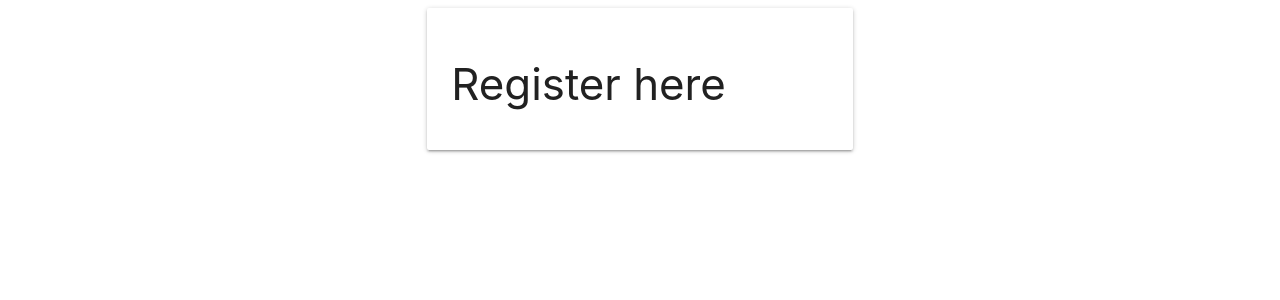
Repository: Attishgawali/JavaServletAndJSP
Page: http://localhost/Register/signup.jsp
The author's editor kept a copy of each file at every save. The page is drawn from the files as they stood at one save, then again after the next save.
The browser window is 1280 px wide. The pictures show the whole page.
The page is served by Tomcat 9.

Above is the page before, as saved 2023-07-06 11:20:42.

After the next save:
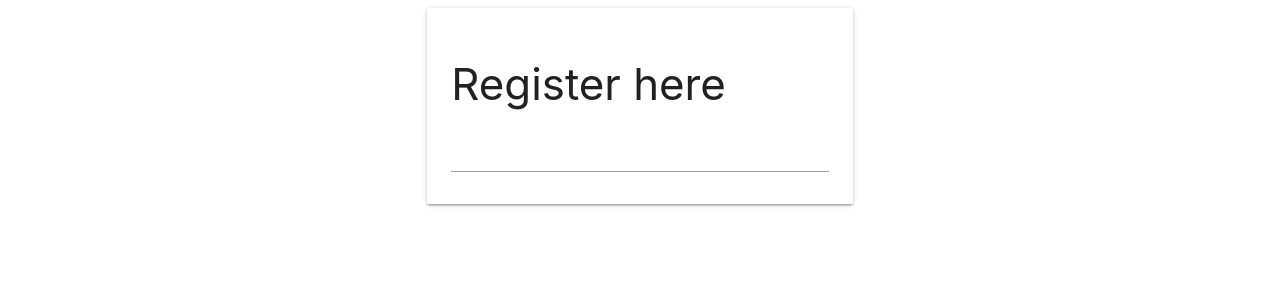
Saved 4 min 12 s later.
--- a/Register/src/main/webapp/signup.jsp
+++ b/Register/src/main/webapp/signup.jsp
@@ -20,6 +20,15 @@
 				<div class="card">
 					<div class="card-content">
 						<h3>Register here</h3>
+						<div class="form">
+							<form action="register" method="post">
+								<input type="text" name="username" palaceholder="Enter your name">
+							</form>
+						</div>
+
+						<div class="loader">
+
+						</div>
 					</div>
 				</div>
 			</div>
